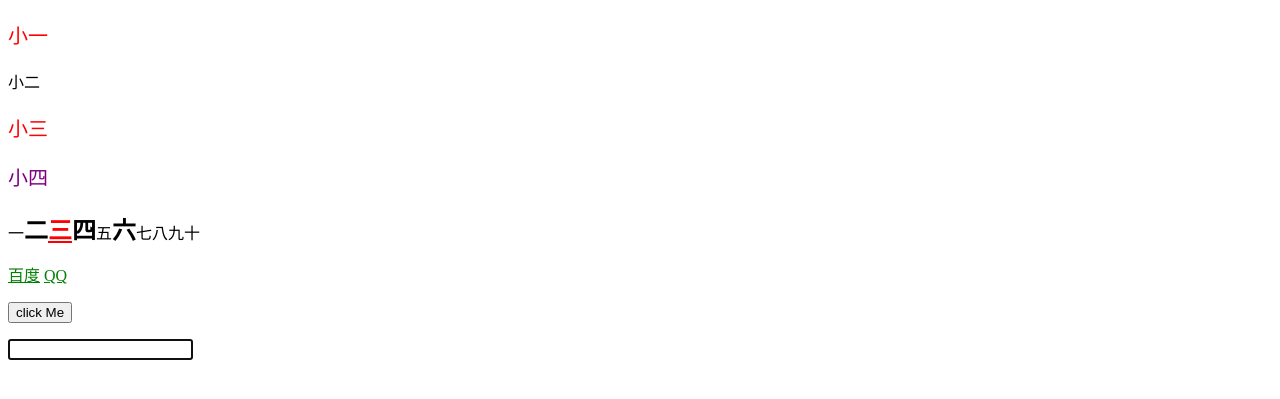
Repository: LYC-Android/JavaWebProject
Page: WebBasic/src/main/webapp/day02/demo4.html
An editor plug-in stored every save of this project. The page is shown before and after the next save, followed by the edit.
The browser window is 1280 px wide. The pictures show the whole page.
The first visible `#i2` has the focus.

Above is the page before, as saved 2017-09-20 07:33:19.

### WebBasic/src/main/webapp/day02/demo4.html
<!DOCTYPE html>
<html>
<head>
<meta charset="UTF-8">
<title>Insert title here</title>
<style type="text/css">
/*2.类选择器:选择class等于某值的所有元素.class是程序猿根据逻辑给元素增加的分类*/
.jishu{color: red;}
/*3.id选择器：选择id等于某值的唯一的元素*/
#si{color :purple;}
/*4.选择器组:写出一组选择器,选中每个选择器所对应的目标的并集*/
.jishu,#si{
font-size: 20px;
}

/*5.派生选择器*/
/*5.1选择某元素的子孙*/
 #paisheng u{
 color: red;
 }
/*5.2选择某元素的儿子*/
#paisheng>b{font-size: 24px;}

/*6.伪类选择器:根据元素的状态选择元素.*/
/*6.1选择未访问过的超链接*/
a:link {
	color: green;
}
/*6.2选择已访问过的超链接*/
a:visited {
	color: red;
}
/*6.3选择激活状态(正在点)的按钮*/
#i1:active {
	background-color: blue;
}
/*6.4选择有焦点的文本框或者是密码框，或者是文本域*/


</style>
</head>
<body>
<p class="jishu">小一</p>
<p class="oushu">小二</p>
<p class="jishu">小三</p>
<p id="si">小四</p>

<p id="paisheng">
 一<b>二<u>三</u>四</b>五<b>六</b>七八九十
</p>

<p>
 <a href="http://www.baidu.com">百度</a>
 <a href="http://www.qq.com">QQ</a>
</p>

<p>
  <input type="button" id="i1" value="click Me">
</p>

<p>
<input type="text" id="i2" />
</p>


</body>
</html>

After the next save:
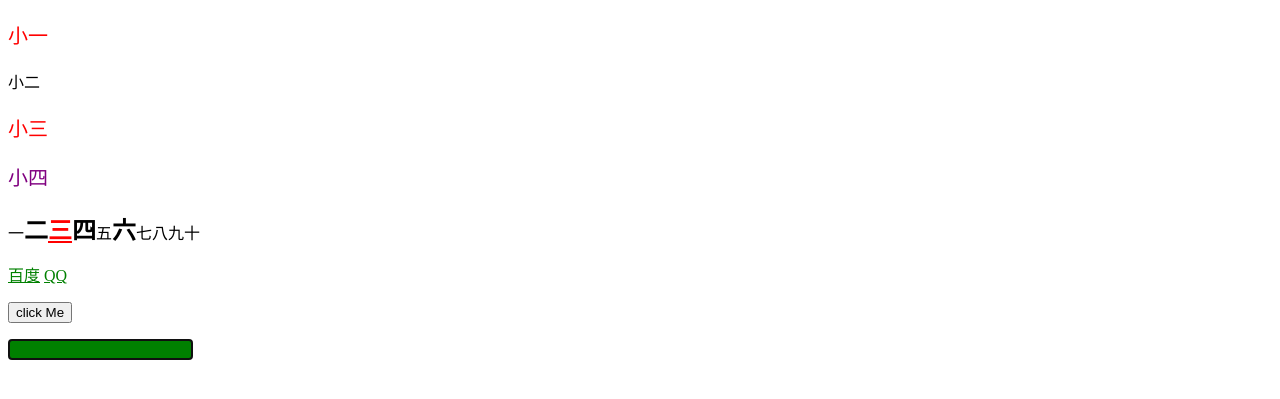
Saved 53 s later.
--- a/WebBasic/src/main/webapp/day02/demo4.html
+++ b/WebBasic/src/main/webapp/day02/demo4.html
@@ -35,7 +35,9 @@ a:visited {
 	background-color: blue;
 }
 /*6.4选择有焦点的文本框或者是密码框，或者是文本域*/
-
+#i2:focus {
+	background-color: green;
+}
 
 </style>
 </head>
